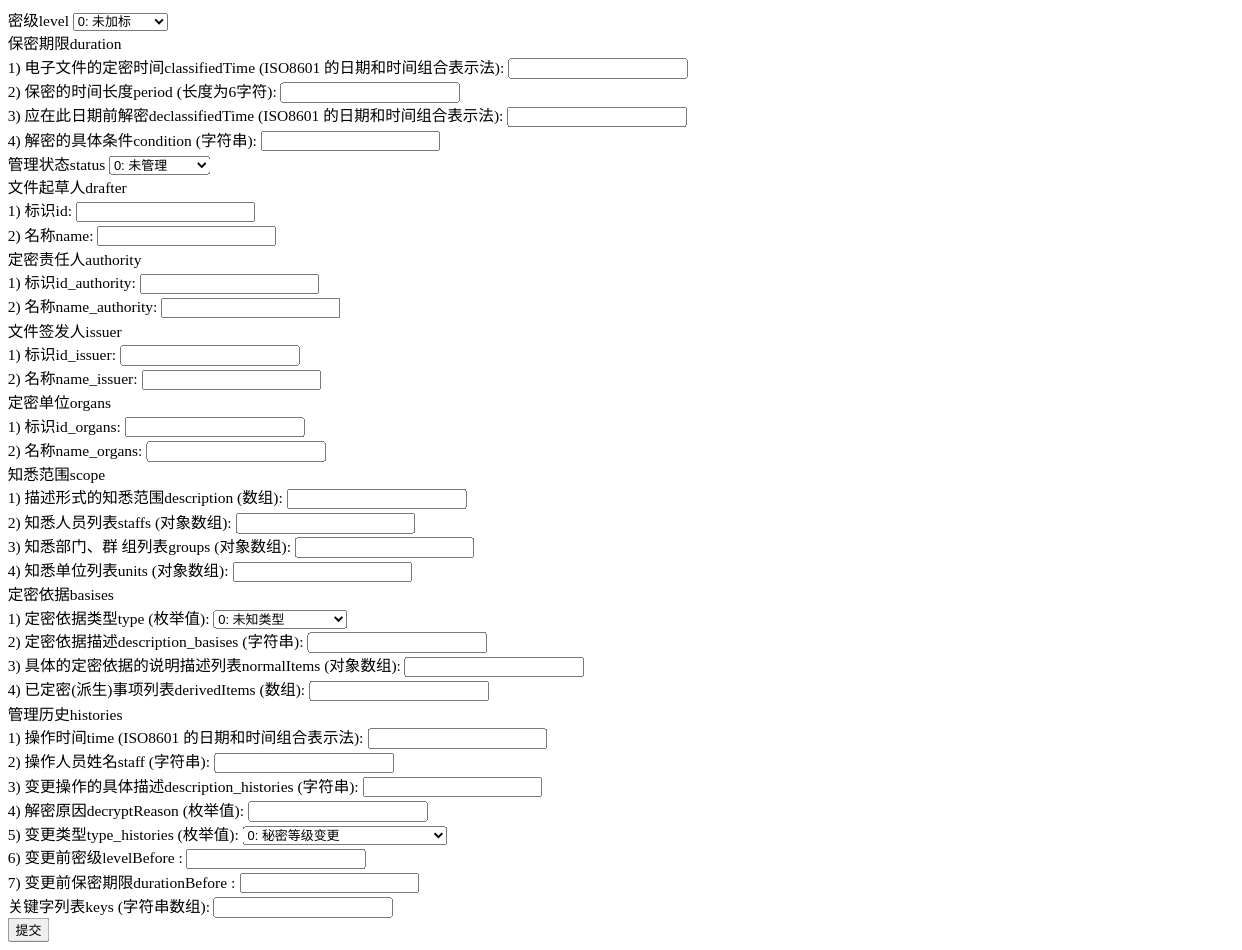
Repository: karlinglee93/eclipse-workspace
Page: jsp_test/WebContent/test.html
The author's editor kept a copy of each file at every save. The page is drawn from the files as they stood at one save, then again after the next save.
The browser window is 1280 px wide. The pictures show the whole page, at 97% of full size.

Above is the page before, as saved 2018-07-04 09:09:18.

### jsp_test/WebContent/test.html
<!DOCTYPE html>
<html>
<head>
<meta charset="utf-8">
<title>Label</title>
</head>
<body>

<form action="main.jsp" method="GET">
密级level
<select name="level">
<option value="0">0: 未加标</option>
<option value="10">10: 国密公开</option>
<option value="11">11: 商密公开</option>
<option value="20">20: 国密内部</option>
<option value="21">21: 商密内部</option>
<option value="50">50: 普通商密</option>
<option value="80">80: 核心商密</option>
<option value="120">120: 秘密</option>
<option value="150">150: 机密</option>
<option value="180">180: 绝密</option>
</select>
<br />

保密期限duration
<!--不足之处：
	1）ISO8601 的日期和时间组合表示法必须人工手打；
	2）period 和declassifiedTime 之间应该存在一定的逻辑关系；
	3）condition 和其他关键字也应该存在逻辑关系。  -->
<br />
1) 电子文件的定密时间classifiedTime (ISO8601 的日期和时间组合表示法):
<input type="text" name="classifiedTime" />
<br />
2) 保密的时间长度period (长度为6字符):
<input type="text" name="period" />
<br />
3) 应在此日期前解密declassifiedTime (ISO8601 的日期和时间组合表示法):
<input type="text" name="declassifiedTime" />
<br />
4) 解密的具体条件condition (字符串):
<input type="text" name="condition" />
<br />

管理状态status
<select name="status">
<option value="0">0: 未管理</option>
<option value="20">20: 忽略</option>
<option value="50">50: 预定密</option>
<option value="80">80: 正式定密</option>
<option value="110">110: 文件签发</option>
<option value="140">140: 密级变更</option>
<option value="170">170: 文件解密</option>
</select>
<br />

文件起草人drafter
<br />
1) 标识id:
<input type="text" name="id" />
<br />
2) 名称name:
<input type="text" name="name" />
<br />

定密责任人authority
<br />
1) 标识id_authority:
<input type="text" name="id_authority" />
<br />
2) 名称name_authority:
<input type="text" name="name_authority" />
<br />

文件签发人issuer
<br />
1) 标识id_issuer:
<input type="text" name="id_issuer" />
<br />
2) 名称name_issuer:
<input type="text" name="name_issuer" />
<br />

定密单位organs
<!-- 对象数组 -->
<br />
1) 标识id_organs:
<input type="text" name="id_organs" />
<br />
2) 名称name_organs:
<input type="text" name="name_organs" />
<br />

知悉范围scope
<!-- 不足之处：
	1）staffs/groups/units 为对象数组，其中都包含id & name。
 -->
<br />
1) 描述形式的知悉范围description (数组):
<input type="text" name="description" />
<br />
2) 知悉人员列表staffs (对象数组):
<input type="text" name="staffs" />
<br />
3) 知悉部门、群 组列表groups (对象数组):
<input type="text" name="groups" />
<br />
4) 知悉单位列表units (对象数组):
<input type="text" name="units" />
<br />

定密依据basises
<!-- 不足之处：
	1）normalItems 中包含id/name/level/duration/scope/keys。
 -->
<br />
1) 定密依据类型type (枚举值):
<select name="type">
<option value="0">0: 未知类型</option>
<option value="10">10: 确定性定密事项</option>
<option value="50">50: 不明确事项</option>
<option value="90">90: 无权定密事项</option>
<option value="130">130: 派生定密事项</option>
</select>
<br />
2) 定密依据描述description_basises (字符串):
<input type="text" name="description_basises" />
<br />
3) 具体的定密依据的说明描述列表normalItems (对象数组):
<input type="text" name="normalItems" />
<br />
4) 已定密(派生)事项列表derivedItems (数组):
<input type="text" name="derivedItems" />
<br />

管理历史histories
<!-- 不足之处：
	1）levelBefore/durationBefore 与先前的取值完全相同，
		是否可用同一个关键字替代。
 -->
<br />
1) 操作时间time (ISO8601 的日期和时间组合表示法):
<input type="text" name="time" />
<br />
2) 操作人员姓名staff (字符串):
<input type="text" name="staff" />
<br />
3) 变更操作的具体描述description_histories (字符串):
<input type="text" name="description_histories" />
<br />
4) 解密原因decryptReason (枚举值):
<input type="text" name="decryptReason" />
<br />
5) 变更类型type_histories (枚举值):
<select name="type_histories">
<option value="0">0: 秘密等级变更</option>
<option value="1">1: 保密期限变更</option>
<option value="3">3: 秘密等级变更及保密期限变更</option>
</select>
<br />
6) 变更前密级levelBefore :
<input type="text" name="levelBefore" />
<br />
7) 变更前保密期限durationBefore :
<input type="text" name="durationBefore" />
<br />

关键字列表keys (字符串数组):
<input type="text" name="keys">
<br />

<input type="submit" value="提交" />
</form>
</body>
</html>

After the next save:
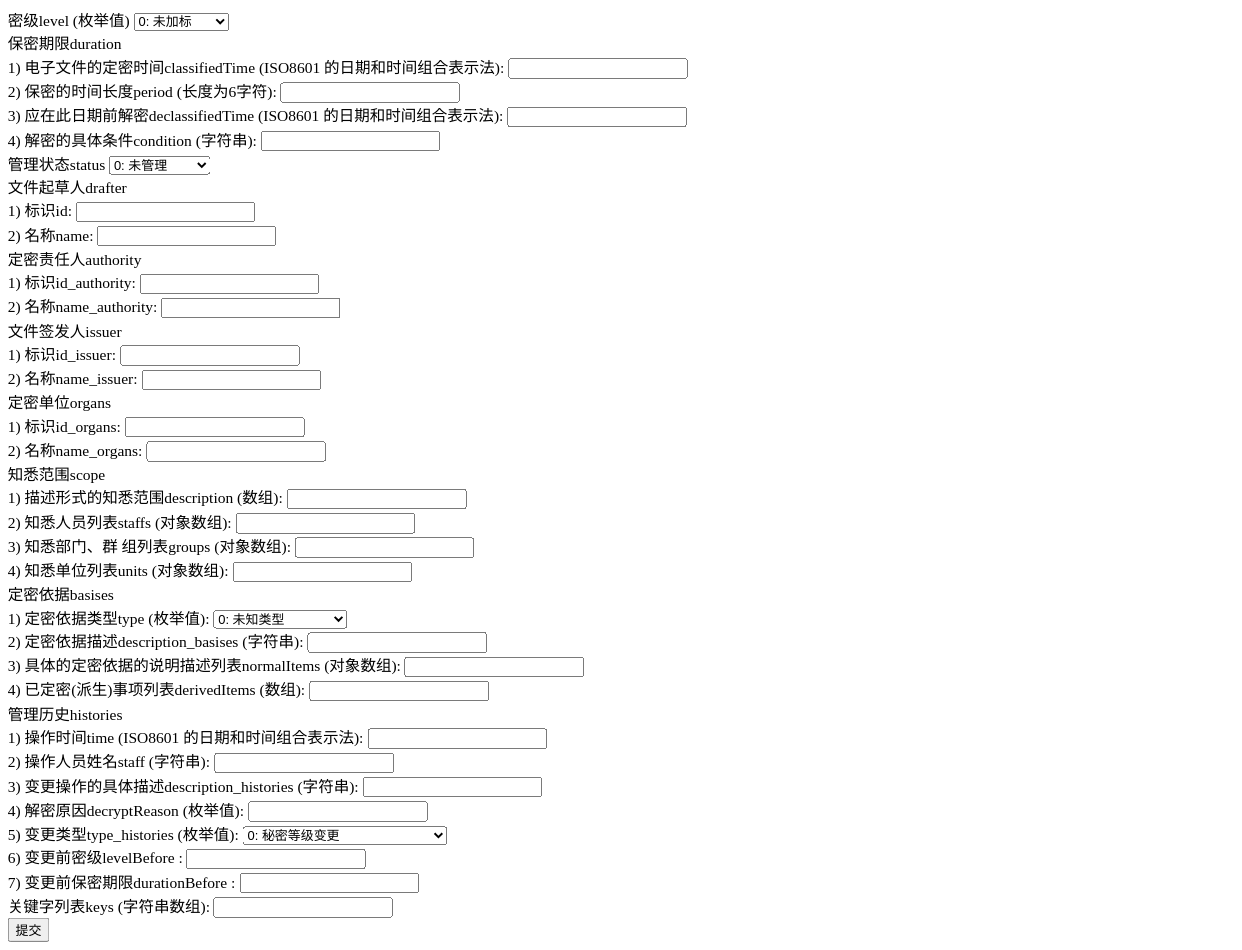
Saved 100 s later.
--- a/jsp_test/WebContent/test.html
+++ b/jsp_test/WebContent/test.html
@@ -7,7 +7,7 @@
 <body>
 
 <form action="main.jsp" method="GET">
-密级level
+密级level (枚举值)
 <select name="level">
 <option value="0">0: 未加标</option>
 <option value="10">10: 国密公开</option>
